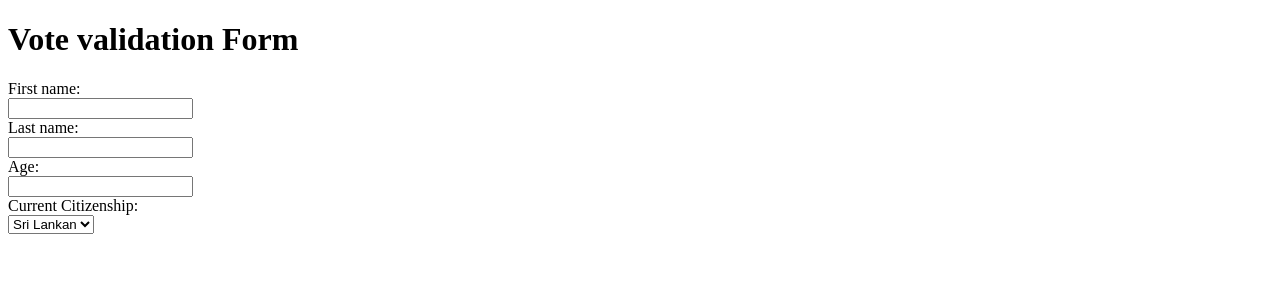
Repository: shafraz17/Servlet
Page: http://localhost/SemLab4/VoteForm.jsp
These files come from the project's save history. The page is drawn as it stood at one moment and after the next save; the edit follows.
The browser window is 1280 px wide. The pictures show the whole page.
The page is served by Tomcat 9. Other server files are loaded and not shown.

Above is the page before, as saved 2019-01-19 05:49:05.

### JSP LAB/SemLab4/WebContent/VoteForm.jsp
<%@ page language="java" contentType="text/html; charset=ISO-8859-1"
    pageEncoding="ISO-8859-1"%>
<!DOCTYPE html PUBLIC "-//W3C//DTD HTML 4.01 Transitional//EN" "http://www.w3.org/TR/html4/loose.dtd">
<html>
<head>
<meta http-equiv="Content-Type" content="text/html; charset=ISO-8859-1">
<title>Vote Form</title>
</head>
<body>
	<h1>Vote validation Form</h1>
	<form action="MyServlet" method="get">

	First name:<br>
	<input type="text" name="firstname">
	<br>
	Last name:<br>
	<input type="text" name="lastname">
	<br>
	Age:<br>
	<input type="text" name="age">
	<br>
	Current Citizenship:<br>
	<select>
  <option value="lanka">Sri Lankan</option>
  <option value="india">Indian</option>
  <option value="ausi">Australian</option>
	</select>



	</form>

</body>
</html>

After the next save:
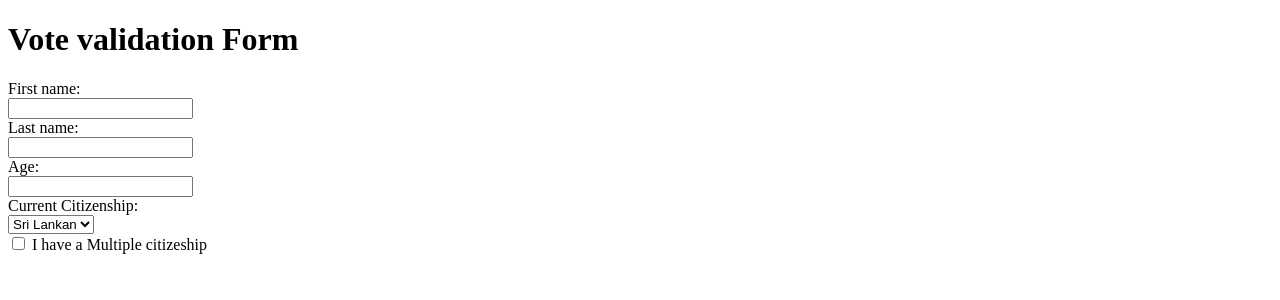
Saved 105 s later.
--- a/JSP LAB/SemLab4/WebContent/VoteForm.jsp
+++ b/JSP LAB/SemLab4/WebContent/VoteForm.jsp
@@ -26,6 +26,9 @@
   <option value="ausi">Australian</option>
 	</select>
 
+	<br>
+	<input type="checkbox" name="multi"> I have a Multiple citizeship
+
 
 
 	</form>
